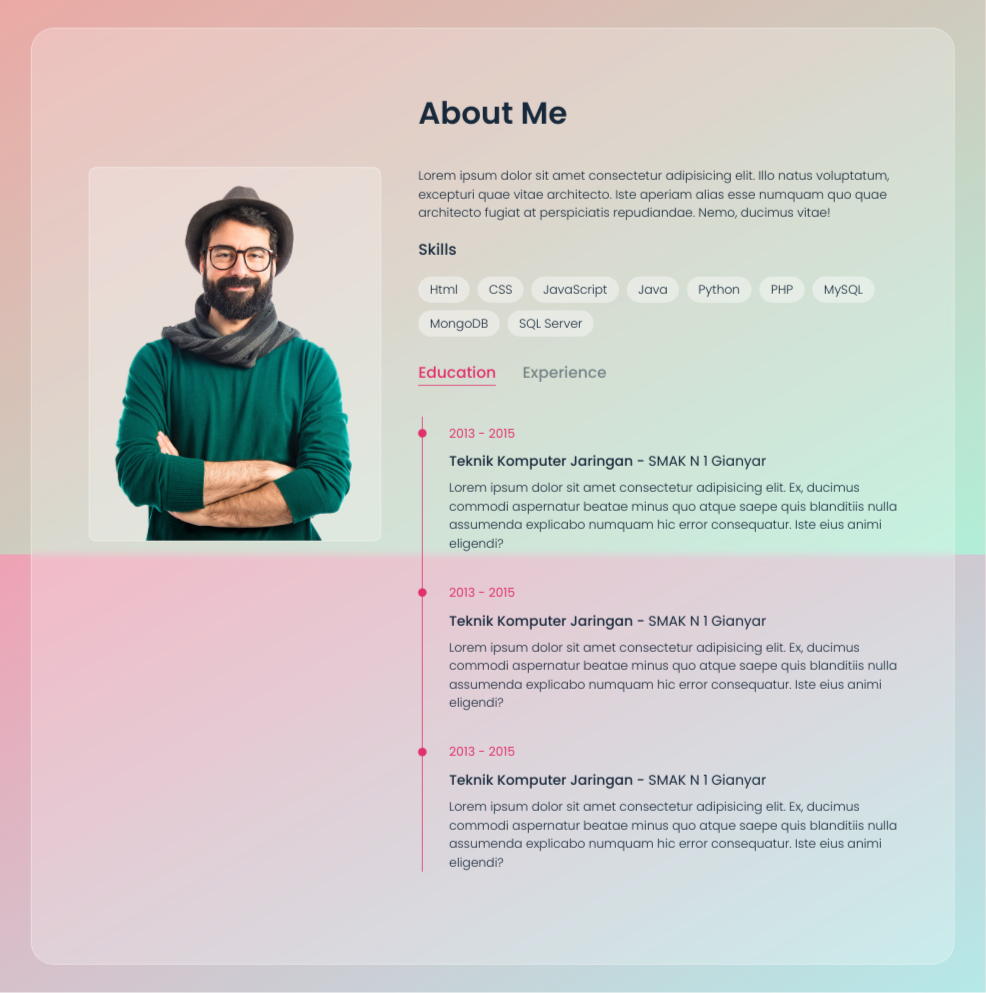
Repository: dewaary/Glassmorp-me
Page: index.html
An editor plug-in stored every save of this project. The page is shown before and after the next save, followed by the edit.
The browser window is 1280 px wide. The pictures show the whole page, at 77% of full size.
Backgrounds fixed to the window are drawn as part of the page.

Above is the page before, as saved 2021-05-25 23:06:29.
Not found: js/script,js

After the next save:
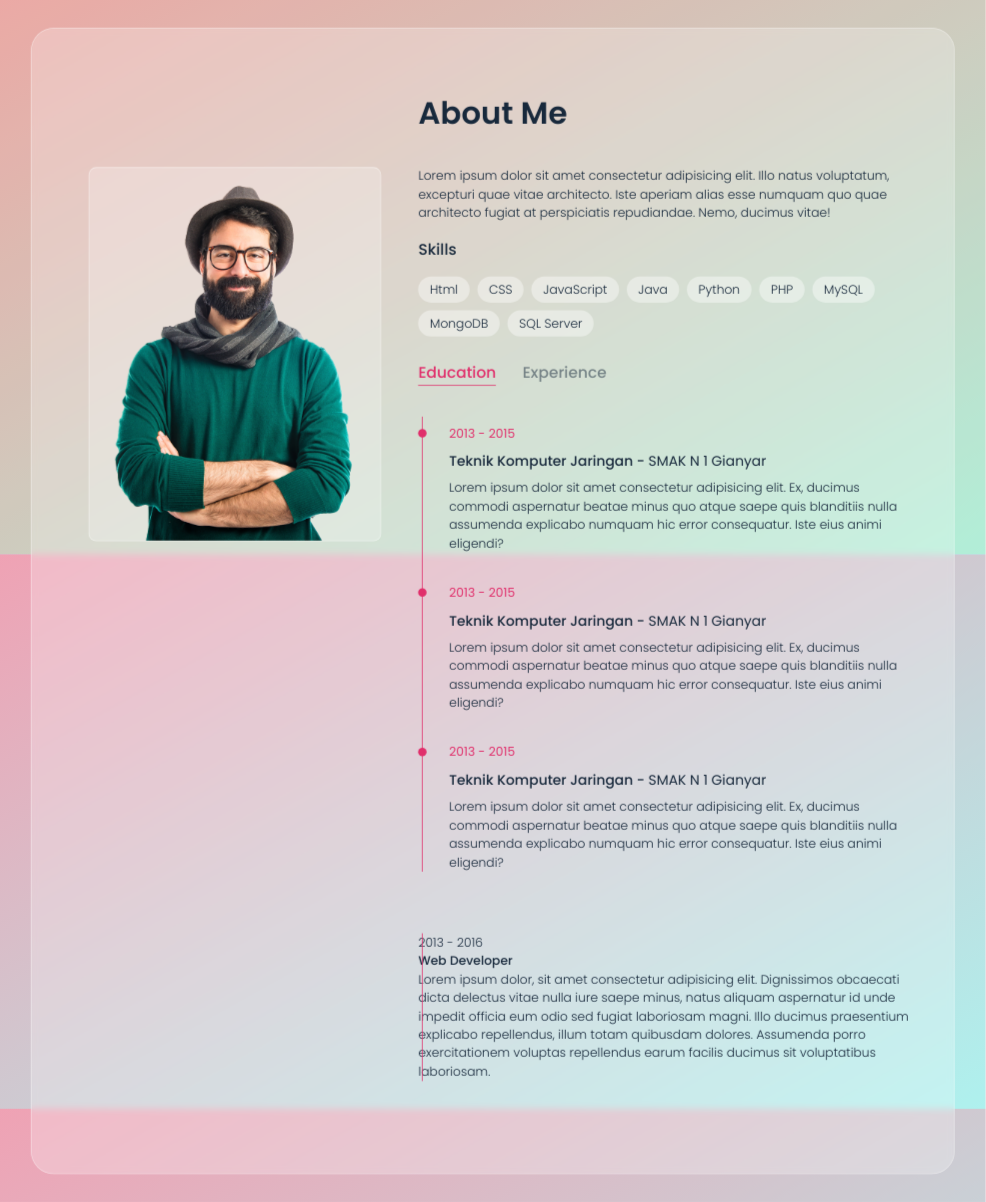
Saved 2 min 18 s later.
--- a/index.html
+++ b/index.html
@@ -95,7 +95,15 @@
 
 
                         <!-- Experince Start -->
-
+                        <div class="tab-content" id="experience">
+                            <div class="timeline">
+                                <div class="timeline-time">
+                                    <span class="date">2013 - 2016</span>
+                                    <h4>Web Developer</h4>
+                                    <p>Lorem ipsum dolor, sit amet consectetur adipisicing elit. Dignissimos obcaecati dicta delectus vitae nulla iure saepe minus, natus aliquam aspernatur id unde impedit officia eum odio sed fugiat laboriosam magni. Illo ducimus praesentium explicabo repellendus, illum totam quibusdam dolores. Assumenda porro exercitationem voluptas repellendus earum facilis ducimus sit voluptatibus laboriosam.</p>
+                                </div>
+                            </div>
+                        </div>
 
                     </div>
                 </div>
